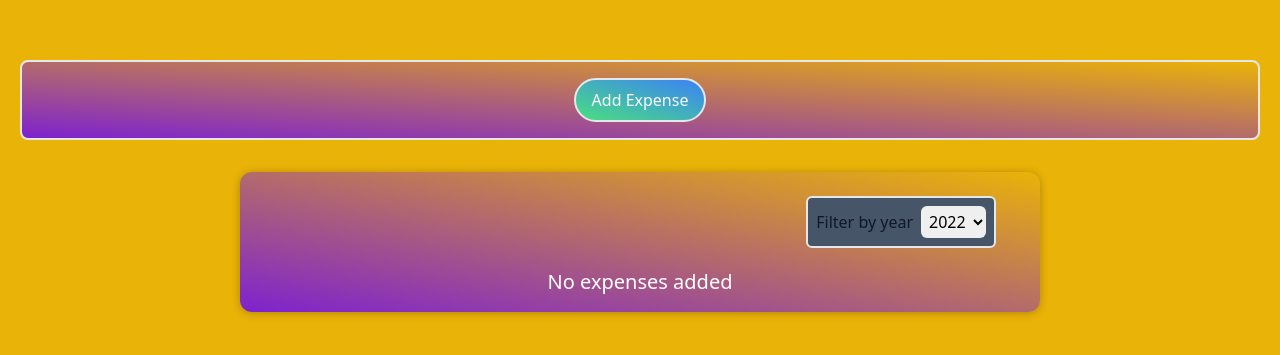
Repository: Sef24/expense-tracker
Page: /
These files come from the project's save history. The page is drawn as it stood at one moment and after the next save; the edit follows.
The browser window is 1280 px wide. The pictures show the whole page.
The project was rebuilt for these pictures with package versions that can differ from the ones it lists, and the page was loaded fresh each time. Also part of the build but not shown: src/components/ExpenseItem.css, src/components/ExpenseDate.css, src/components/ExpenseDate.js, src/components/ExpenseItem.js, src/components/NewExpense/NewExpense.css, src/components/NewExpense/ExpenseForm.css, src/components/NewExpense/ExpenseForm.js.

Above is the page before, as saved 2022-05-03 20:49:51.

After the next save:
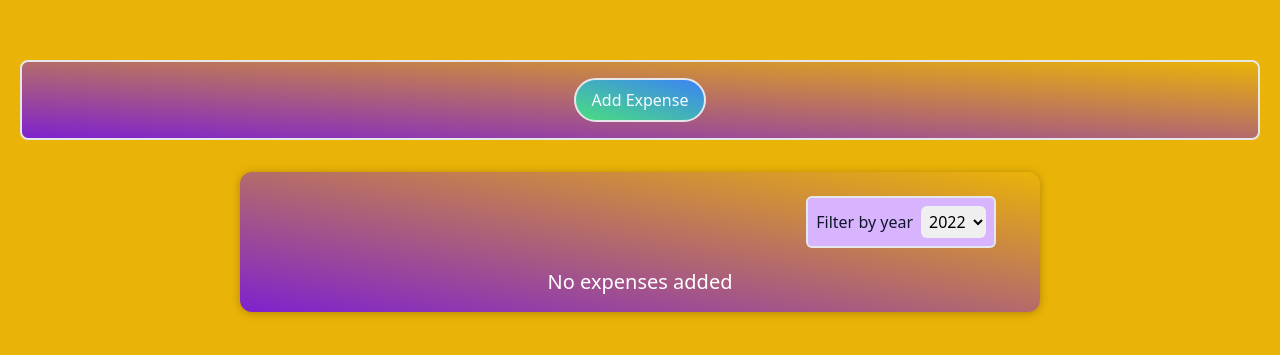
Saved 10 s later.
--- a/src/components/NewExpense/ExpensesFilter.js
+++ b/src/components/NewExpense/ExpensesFilter.js
@@ -9,7 +9,7 @@ const ExpensesFilter = (props) => {
       <div className="flex justify-end p-2 mr-5 ">
         <div
           className="border-2 rounded-md border-inherit p-2 ml-6
-        bg-slate-600 border-purple
+        bg-purple-300 border-purple
         active:opacity-75 ..."
         >
           <label className="text-slate-900 font-normal mr-2">
